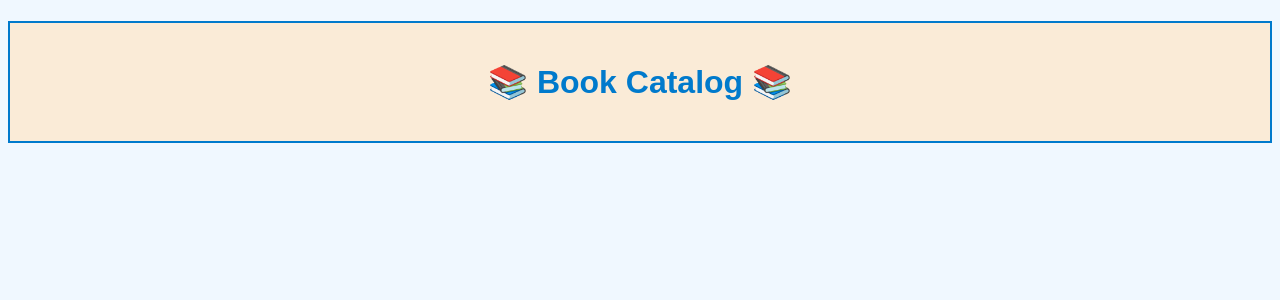
Repository: kaitlynlew/Book-Catalog
Page: /
These files come from the project's save history. The page is drawn as it stood at one moment and after the next save; the edit follows.
The browser window is 1280 px wide. The pictures show the whole page.
The project was rebuilt for these pictures with package versions that can differ from the ones it lists, and the page was loaded fresh each time. Also part of the build but not shown: vite.config.js.

Above is the page before, as saved 2025-09-14 00:09:20.

After the next save:
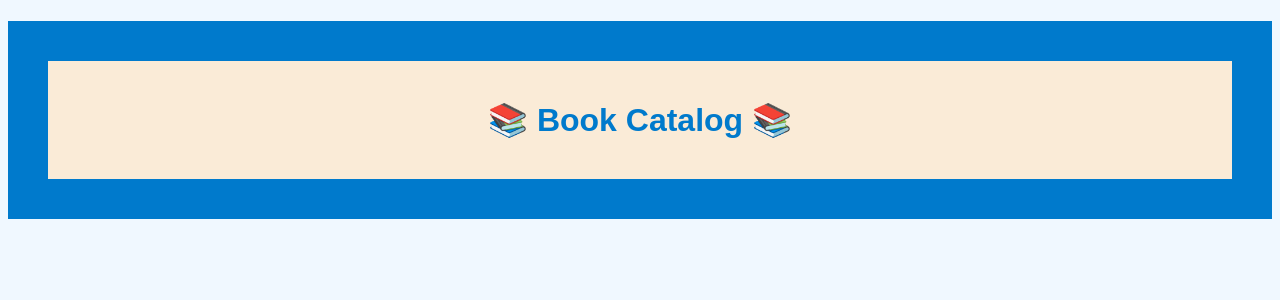
Saved 6 s later.
--- a/src/App.css
+++ b/src/App.css
@@ -9,5 +9,5 @@ h1 {
   text-align: center;
   background-color: antiquewhite;
   padding: 40px;
-  border: 2px solid #007acc;
+  border: 40px solid #007acc;
 }
